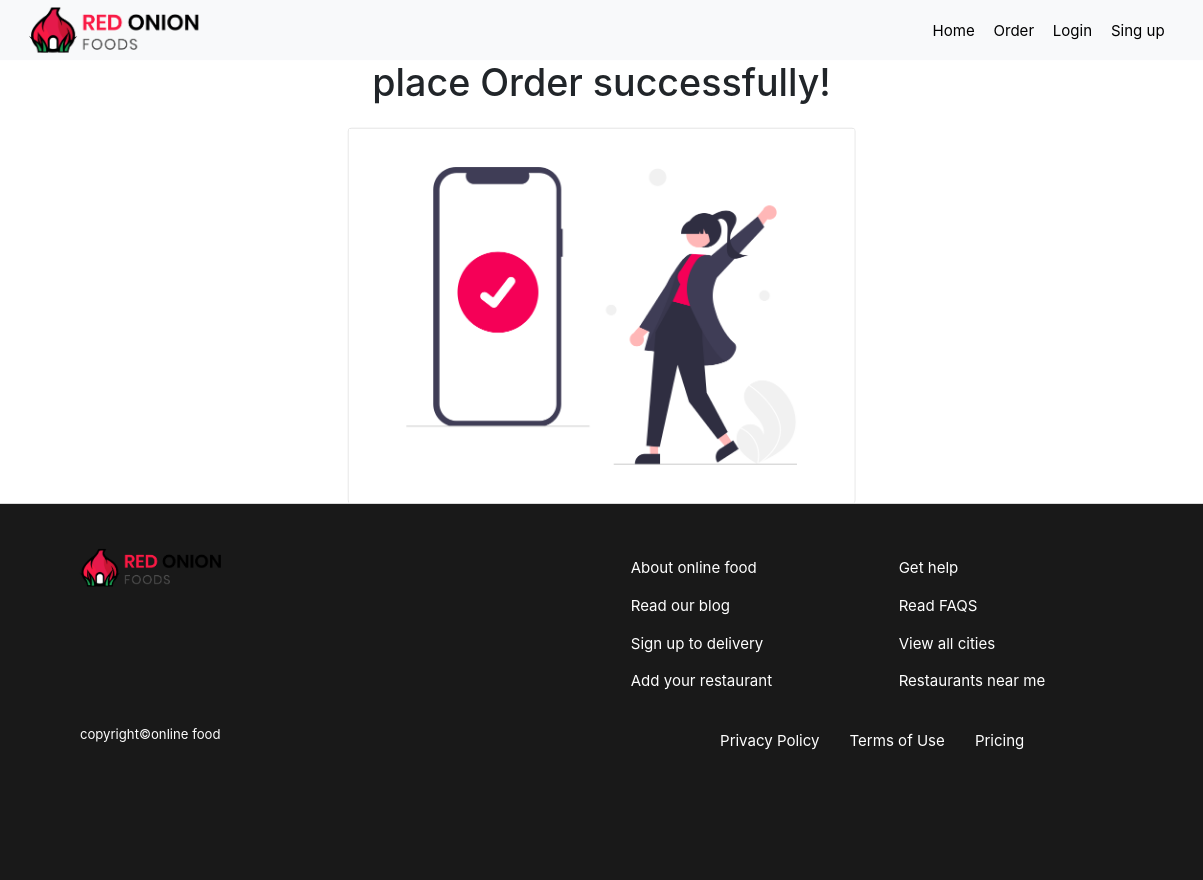
Repository: arif286/red-onion-client
Page: /order
An editor plug-in stored every save of this project. The page is shown before and after the next save, followed by the edit.
The browser window is 1280 px wide. The pictures show the whole page, at 94% of full size.
The page's requests for data from a server got no answer. The project was rebuilt for these pictures with package versions that can differ from the ones it lists, and the page was loaded fresh each time. No one was signed in, and anything a server would have sent is missing. Also part of the build but not shown: src/App.css, src/components/CheckOut/CheckOut.css, src/components/CheckOut/CheckOutForm/CheckOutFrom.js, src/components/CheckOut/CheckOut.js, src/components/SearchBar/SearchBar.css, src/components/SearchBar/SearchBar.js, src/components/FoodDetails/FoodDetail.css, src/components/FoodDetails/FoodDetail.js and 12 more. Imported but missing from the stored project, and not drawn on this page: src/components/CheckOut/Map/Map.

Above is the page before, as saved 2021-04-06 03:27:16.

### public/index.html
<!DOCTYPE html>
<html lang="en">
  <head>
    <meta charset="utf-8" />
    <link rel="icon" href="%PUBLIC_URL%/favicon.ico" />
    <meta name="viewport" content="width=device-width, initial-scale=1" />
    <meta name="theme-color" content="#000000" />
    <meta
      name="description"
      content="Web site created using create-react-app"
    />
    <link rel="apple-touch-icon" href="%PUBLIC_URL%/logo192.png" />
    <!--
      manifest.json provides metadata used when your web app is installed on a
      user's mobile device or desktop. See https://developers.google.com/web/fundamentals/web-app-manifest/
    -->
    <link rel="manifest" href="%PUBLIC_URL%/manifest.json" />

    <!-- <link
      href="https://api.tiles.mapbox.com/mapbox-gl-js/v2.1.1/mapbox-gl.css"
      rel="stylesheet"
    /> -->
    <!--
      Notice the use of %PUBLIC_URL% in the tags above.
      It will be replaced with the URL of the `public` folder during the build.
      Only files inside the `public` folder can be referenced from the HTML.

      Unlike "/favicon.ico" or "favicon.ico", "%PUBLIC_URL%/favicon.ico" will
      work correctly both with client-side routing and a non-root public URL.
      Learn how to configure a non-root public URL by running `npm run build`.
    -->
    <title>Red Onion</title>
  </head>
  <body>
    <noscript>You need to enable JavaScript to run this app.</noscript>
    <div id="root"></div>
    <!--
      This HTML file is a template.
      If you open it directly in the browser, you will see an empty page.

      You can add webfonts, meta tags, or analytics to this file.
      The build step will place the bundled scripts into the <body> tag.

      To begin the development, run `npm start` or `yarn start`.
      To create a production bundle, use `npm run build` or `yarn build`.
    -->
  </body>
</html>

### src/App.js
import "bootstrap/dist/css/bootstrap.min.css";
import React, { createContext, useState } from "react";
import { BrowserRouter as Router, Route, Switch } from "react-router-dom";
import './App.css';
import CheckOut from "./components/CheckOut/CheckOut";
import Map from "./components/CheckOut/Map/Map";
import FoodDetail from "./components/FoodDetails/FoodDetail";
import Footer from "./components/Footer/Footer";
import Header from "./components/Header/Header";
import Home from './components/Home/Home';
import Login from "./components/LogIn/Login";
import Order from "./components/Order/Order";
import SingUp from "./components/SingUp/SingUp";


export const UserContext = createContext();
function App() {
  const [loggedInUser, setLoggedInUser] = useState({});
  return (
    <UserContext.Provider value={[loggedInUser, setLoggedInUser]}>
      <Router>
        <Header />
        <Switch>
          <Route path="/home">
            <Home />
          </Route>
          <Route path="/signUp">
            <SingUp />
          </Route>
          <Route path="/login">
            <Login />
          </Route>
          <Route path="/food/details/:foodId">
            <FoodDetail />
          </Route>
          <Route path='/checkOut'>
            <CheckOut/>
          </Route>
          <Route path='/order'>
            <Order/>
          </Route>
          <Route path='/map'>
            <Map/>
          </Route>
          <Route exact path="/">
            <Home/>
          </Route>
        </Switch>
        <Footer />
      </Router>
    </UserContext.Provider>
  );

}

export default App;

### src/components/Footer/Footer.js
import React from 'react';
import { NavLink } from 'react-bootstrap';
import Logo from '../../onion-restaurent/logo2.png';
import './Footer.css';

const Footer = () => {
    return (
      <footer>
        <div className="container">
          <div className="row pt-5">
            <div className="col-md-6 col-sm-12 pb-4">
              <img className="footer-img" src={Logo} alt="" />
            </div>
            <div className="col-md-3 col-sm-12 pb-4">
              <ul className="nav flex-column">
                <li className="nav-item">
                  <NavLink
                    className="nav-link active footer-link"
                    aria-current="page"
                    to="/"
                  >
                    About online food
                  </NavLink>
                </li>
                <li className="nav-item">
                  <NavLink className="nav-link footer-link" to="/">
                    Read our blog
                  </NavLink>
                </li>
                <li className="nav-item">
                  <NavLink className="nav-link footer-link" to="/">
                    Sign up to delivery
                  </NavLink>
                </li>
                <li className="nav-item">
                  <NavLink className="nav-link footer-link" to="/">
                    Add your restaurant
                  </NavLink>
                </li>
              </ul>
            </div>
            <div className="col-md-3 col-sm-12 pb-4">
              <ul className="nav flex-column">
                <li className="nav-item">
                  <NavLink
                    className="nav-link footer-link"
                    aria-current="page"
                    to="/"
                  >
                    Get help
                  </NavLink>
                </li>
                <li className="nav-item">
                  <NavLink className="nav-link footer-link" to="/">
                    Read FAQS
                  </NavLink>
                </li>
                <li className="nav-item">
                  <NavLink className="nav-link footer-link" to="/">
                    View all cities
                  </NavLink>
                </li>
                <li className="nav-item">
                  <NavLink className="nav-link footer-link" to="/">
                    Restaurants near me
                  </NavLink>
                </li>
              </ul>
            </div>
          </div>

          <div className="row">
            <div className="col-md-7">
              <p className='copy-right'>
                <small>
                  copyright<span>&#169;</span>online food
                </small>
              </p>
            </div>
            <div className="col-md-5">
              <div className='d-flex'>
                <NavLink className="footer-link">Privacy Policy</NavLink>
                <NavLink className="footer-link">Terms of Use</NavLink>
                <NavLink className="footer-link">Pricing</NavLink>
              </div>
            </div>
          </div>
        </div>
      </footer>
    );
};

export default Footer;

### src/components/Header/Header.js
import { faShoppingCart } from "@fortawesome/free-solid-svg-icons";
import { FontAwesomeIcon } from "@fortawesome/react-fontawesome";
import React from 'react';
import { NavLink } from "react-router-dom";
import logo from '../../onion-restaurent/logo2.png';
import './Header.css';
const cart = <FontAwesomeIcon icon={faShoppingCart} />;
const Header = () => {
    const header = {
        logo : {width: '180px'}
    }
    return (
      <div>
        <nav className="navbar navbar-expand-lg navbar-light bg-light">
          <div className="container-fluid">
            <div>
              <img style={header.logo} src={logo} alt="" />
            </div>
            <button
              className="navbar-toggler"
              type="button"
              data-bs-toggle="collapse"
              data-bs-target="#navbarNav"
              aria-controls="navbarNav"
              aria-expanded="false"
              aria-label="Toggle navigation"
            >
              <span className="navbar-toggler-icon"></span>
            </button>
            <div
              className="collapse  navbar-collapse justify-content-end"
              id="navbarNav"
            >
              <ul className="navbar-nav align-items-center">
                <li className="nav-item">
                  <NavLink className="header-link" to="/">
                    Home
                  </NavLink>
                </li>
                <li className="nav-item">
                  <NavLink className="header-link" to="/order">
                    Order
                  </NavLink>
                </li>
                <li className="nav-item">
                  <NavLink className="header-link" to="/login">
                    Login
                  </NavLink>
                </li>
                <li className="nav-item">
                  <NavLink className="header-link" to="/signUp">
                    Sing up
                  </NavLink>
                </li>
              </ul>
            </div>
          </div>
        </nav>
      </div>
    );
};

export default Header;

### src/components/Order/Order.js
import axios from "axios";
import React, { useContext, useEffect, useState } from "react";
import { Card, Col, Container, Row } from "react-bootstrap";
import { UserContext } from "../../App";
// import delivery from "../../onion-restaurent/Image/Group 1151.png";
import confirmOrder from '../../onion-restaurent/Image/confirmOrder.png';

const Order = () => {
  const [order, setOrder] = useState([]);
  const [loggedInUser, setLoggedInUser] = useContext(UserContext);

  useEffect(() => {
    axios.get(`http://localhost:5000/orderDetails?email=${loggedInUser.email}`)
      .then(res => {
        console.log(res.data)
        setOrder(res.data)
      })
      .catch(err => console.log(err));
  }, [loggedInUser.email]);
  return (
    <Container>
      <Row className="justify-content-center">
        <Col md={6}>
          <h1 className='text-center pb-3'>place Order successfully!</h1>
          <Card>
            <img src={confirmOrder} alt="" />
          </Card>
        </Col>
      </Row>
    </Container>
  );
};

export default Order;

### src/components/Footer/Footer.css
.footer-img {
  width: 150px;
}
footer {
  background-color: #191919;
  height: 400px;
}
.footer-link {
  color: white;
}
.footer-link:hover {
  color: #878787;
}
.copy-right {
  color: white;
}

### src/components/Header/Header.css
.header-link {
  color: black;
  display: inline-block;
  padding: 10px;
}
.header-link:hover {
  text-decoration: none;
  color: #777777;
}
.cart-btn {
  border: none;
  background: none;
}

Loaded but not shown: src/index.js (common file); src/index.css (common file); src/reportWebVitals.js (common file)

After the next save:
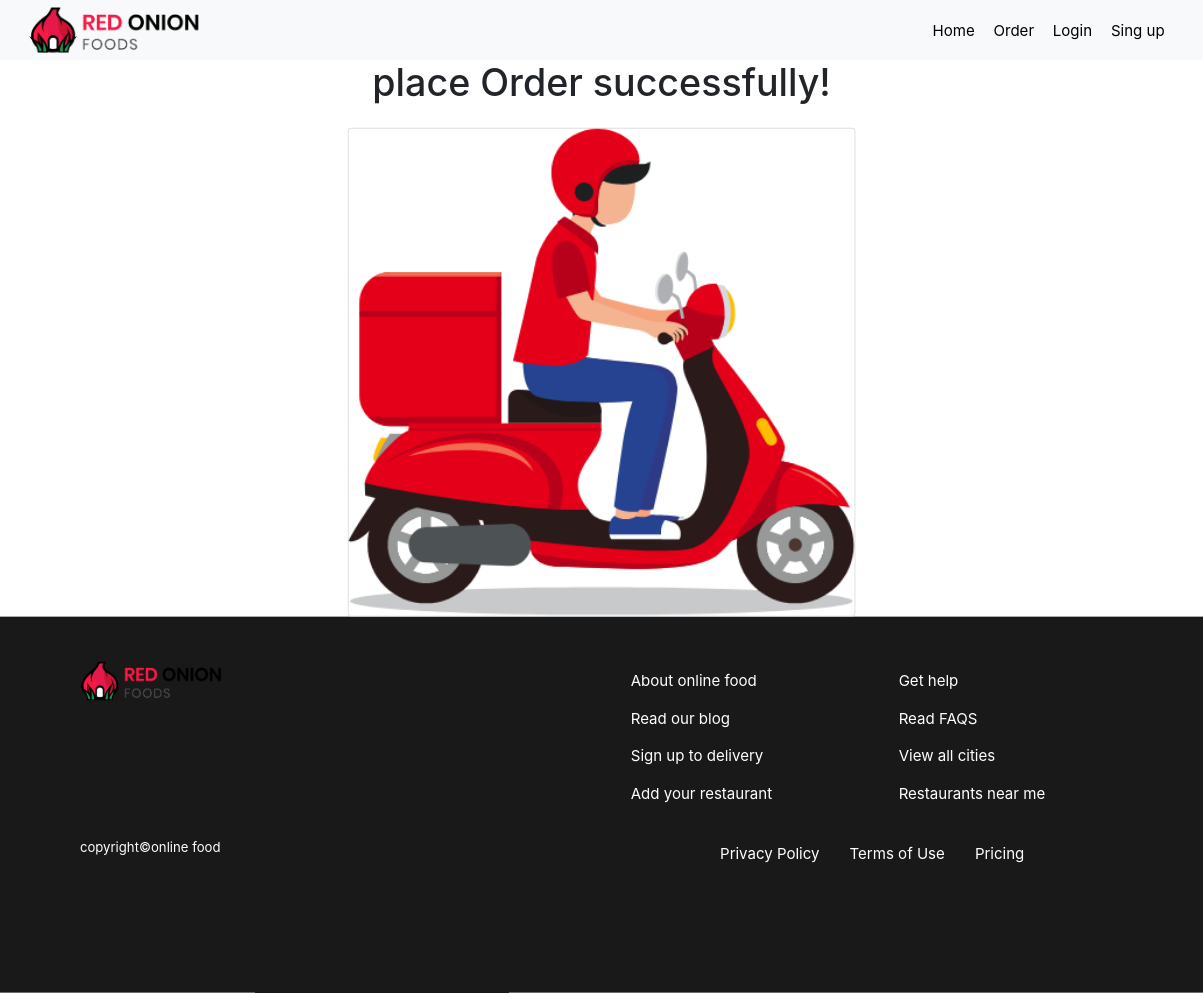
Saved 29 s later.
--- a/src/components/Order/Order.js
+++ b/src/components/Order/Order.js
@@ -2,8 +2,8 @@ import axios from "axios";
 import React, { useContext, useEffect, useState } from "react";
 import { Card, Col, Container, Row } from "react-bootstrap";
 import { UserContext } from "../../App";
-// import delivery from "../../onion-restaurent/Image/Group 1151.png";
-import confirmOrder from '../../onion-restaurent/Image/confirmOrder.png';
+import delivery from "../../onion-restaurent/Image/Group 1151.png";
+
 
 const Order = () => {
   const [order, setOrder] = useState([]);
@@ -21,9 +21,9 @@ const Order = () => {
     <Container>
       <Row className="justify-content-center">
         <Col md={6}>
-          <h1 className='text-center pb-3'>place Order successfully!</h1>
+          <h1 className="text-center pb-3">place Order successfully!</h1>
           <Card>
-            <img src={confirmOrder} alt="" />
+            <img src={delivery} alt="" />
           </Card>
         </Col>
       </Row>
